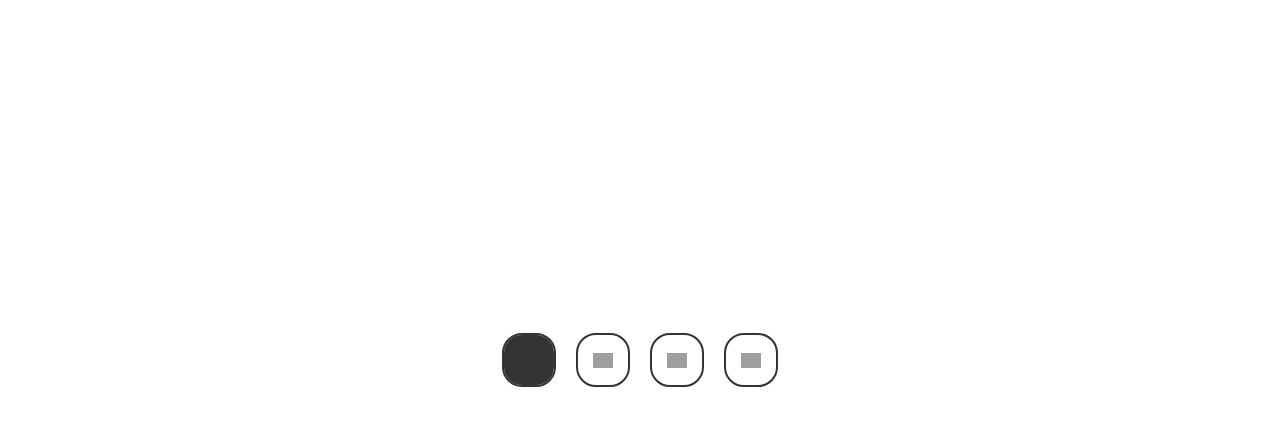
Repository: safak/animation
Page: index.html
The author's editor kept a copy of each file at every save. The page is drawn from the files as they stood at one save, then again after the next save.
The browser window is 1280 px wide. The pictures show the whole page.
The pointer rests on the first visible `.button`.
Pictures or frames that could not be fetched are drawn as grey boxes.

Above is the page before, as saved 2020-12-16 23:14:57.

After the next save:
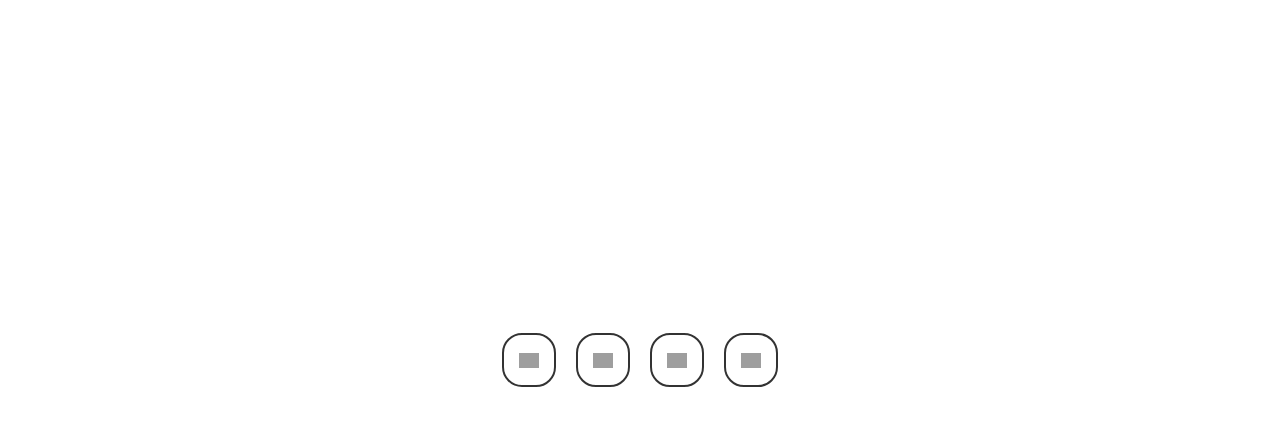
Saved 25 s later.
--- a/style.css
+++ b/style.css
@@ -38,5 +38,5 @@ img {
 }
 
 .button:hover .fill{
-  transform: translate(-45px, -45px);
+  transform: translate(-45px, -45px), rotate(108deg);
 }

After the save that followed:
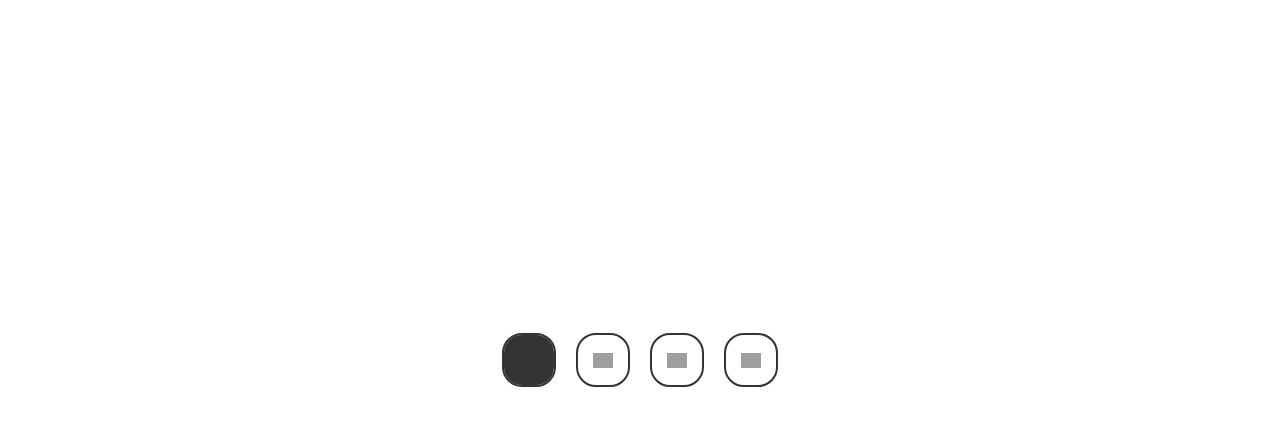
Saved 5 s later.
--- a/style.css
+++ b/style.css
@@ -38,5 +38,5 @@ img {
 }
 
 .button:hover .fill{
-  transform: translate(-45px, -45px), rotate(108deg);
+  transform: translate(-45px, -45px) rotate(108deg);
 }
